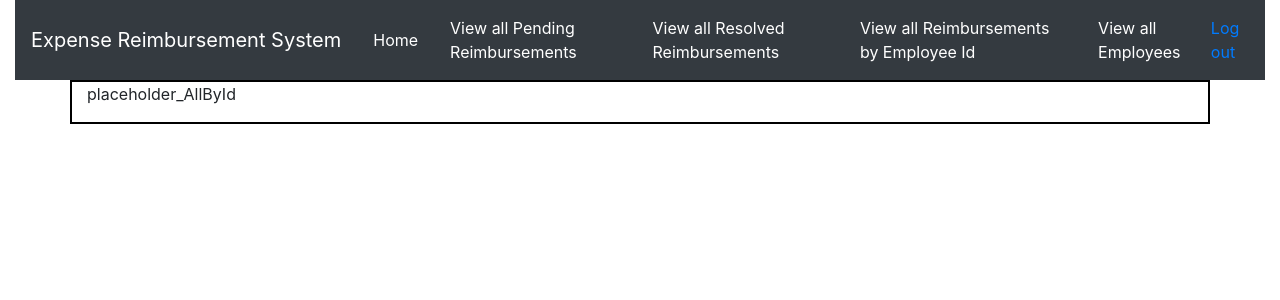
Repository: Trevormulrenin/ers-app
Page: ers-app/src/main/webapp/html/by_id_table.html
An editor plug-in stored every save of this project. The page is shown before and after the next save, followed by the edit.
The browser window is 1280 px wide. The pictures show the whole page.

Above is the page before, as saved 2021-04-02 01:44:44.

### ers-app/src/main/webapp/html/by_id_table.html
<!DOCTYPE html>
<html>
<head>
	<meta charset="UTF-8">
	<meta name="viewport" content="width=device-width, initial-scale=1.0">

    <link rel="stylesheet" href="https://stackpath.bootstrapcdn.com/bootstrap/4.5.0/css/bootstrap.min.css" integrity="sha384-9aIt2nRpC12Uk9gS9baDl411NQApFmC26EwAOH8WgZl5MYYxFfc+NcPb1dKGj7Sk" crossorigin="anonymous">
	<link rel="stylesheet" type="text/css" href="../css/style.css">
<title>Expense Reimbursement System</title>
</head>

<style>
#navbarMenuRight {
	text-decoration: none;
	color: black;
}

h1 {
	text-align:center;
	color: black;
}

.nav-item, .nav-item-active, .nav-list-right {
		color: white;
		border: 1px;
		border-color:white;
}

#all-by-id {
border-collapse: collapse;
border-spacing: 5px;
border: 2px solid black;
}

</style>

<body>
	<div class="container-fluid">
		<nav class="navbar navbar-expand-lg navbar-dark bg-dark">
			<a class="navbar-brand" href="html/manager_home.html">Expense Reimbursement System</a>
				<a class="nav-item nav-link" href="html/manager_home.html">Home</a>
				<a class="nav-item nav-link" href="./ViewAllPendingReimbursementsServlet">View all Pending Reimbursements</a>
				<a class="nav-item nav-link" href="./ViewAllResolvedReimbursementsServlet">View all Resolved Reimbursements</a>
				<a class="nav-item nav-link" href="html/reimbursement_by_id.html">View all Reimbursements by Employee Id</a>
				<a class="nav-item nav-link" href="./ViewAllEmployeesServlet">View all Employees</a>

			<div class="nav-list-right" id="navbarMenuRight">
				<a href="logout.html">Log out</a>
			</div>

		</nav>
	</div>


	<div class="container" id="all-by-id">
		<table class="table">
			placeholder_AllById
		</table>
	</div>

	<script>
		function showTable() {
			var show = document.getElementById("all-by-id");
			show.style.display = "block";
		}
	</script>

	</body>
	</html>

### ers-app/src/main/webapp/css/style.css
@charset "UTF-8";


#navbar-menu-right{
	text-decoration: none;
	color: black;
}

#fill-out {
	color: solid black;
	text-align:center;
	font-size: 15px;
}

.table {
	border-collapse: collapse;
	border: 2px solid black;
}

.nav-item, .nav-item-active, .nav-list-right {
		color: white;
		border: 1px;
		border-color:white;
	}

h1 {
	text-align: center;
    font-family: Lato;
    color: Black;
    font-size: 40px;
    margin: 50px;
}

p {
	text-align: center;
    font-family: Lato;
	color: Black;
	font-size: 15px;
}

h2 {
	text-align: center;
    font-family: Lato;
    color: Black;
    font-size: 40px;
    margin: 25px;
}

#enter-credentials {
	text-align: center;
    font-family: Lato;
	color: Black;
	font-size: 20px;
}


#pending-reimbursement, #resolved-reimbursement {
	border: 2px solid black;
	color: black;
	text-align:center;
	height: 300px;
	width: 400px;
    top:30%;
    left:10%;
/*     display: flex; */
/* 	justify-content: space-evenly; */
}

#pending-reimbursement {
	float: left;
}

#resolved-reimbursement:hover {
	background-color: gray;
	color:white;
}

#pending-reimbursement:hover {
	background-color: gray;
	color:white;
}


.nav-item, .nav-item-active, .nav-list-right {
/* 		text-decoration: none; */
		color: white;
		border: 1px;
		border-color:white;
	}

#log-in-button {
	text-align: center;
}

.login {
	border: 2px solid black;
	content: 5px;
	width: auto;
	text-align: center;
	padding: 5px;
	margin: auto;
	box-shadow: white;
}

/* #update-table { */
/* 	width: "100%"; */
/* 	padding: 2px; */
/* 	margin-top: 5px; */
/* 	margin-bottom: 0px; */
/* 	margin-left: auto; */
/* 	margin-right: auto; */
/* 	border: 1px solid black; */
/* 	border-collapse: separate; */
/* 	border-spacing: 2px; */
/* } */

/* #view-employees { */
/* 	width: "100%"; */
/* 	padding: 2px; */
/* 	margin-top: 5px; */
/* 	margin-bottom: 0px; */
/* 	margin-left: auto; */
/* 	margin-right: auto; */
/* 	border: 1px solid black; */
/* 	border-collapse: separate; */
/* 	border-spacing: 2px; */
/* } */

/* #reimbursement-table { */
/* 	width: "100%"; */
/* 	padding: 2px; */
/* 	margin-top: 5px; */
/* 	margin-bottom: 0px; */
/* 	margin-left: auto; */
/* 	margin-right: auto; */
/* 	border: 1px solid black; */
/* 	border-collapse: separate; */
/* 	border-spacing: 2px; */
/* } */

After the next save:
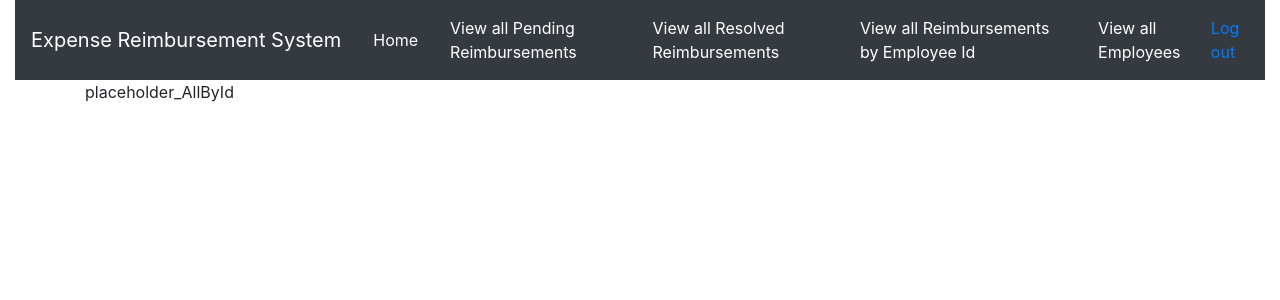
Saved 2 min 4 s later.
--- a/ers-app/src/main/webapp/html/by_id_table.html
+++ b/ers-app/src/main/webapp/html/by_id_table.html
@@ -24,12 +24,6 @@ h1 {
 		color: white;
 		border: 1px;
 		border-color:white;
-}
-
-#all-by-id {
-border-collapse: collapse;
-border-spacing: 5px;
-border: 2px solid black;
 }
 
 </style>
